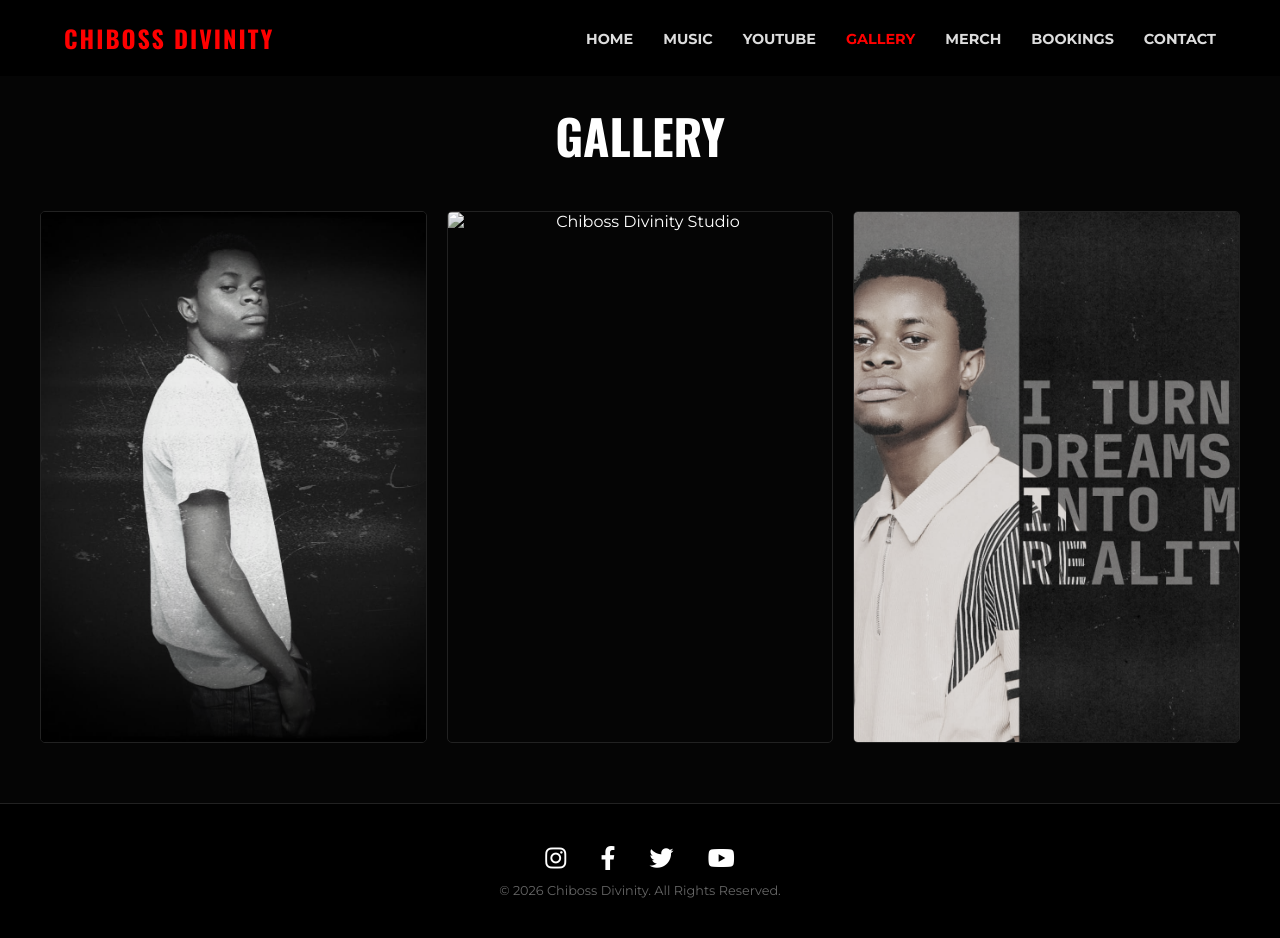
Repository: Ikebobo11/Chiboss-Divinity
Page: gallery.html
The author's editor kept a copy of each file at every save. The page is drawn from the files as they stood at one save, then again after a run of saves.
The browser window is 1280 px wide. The pictures show the whole page.

Above is the page before, as saved 2026-01-10 09:16:49.

After the next 2 saves:
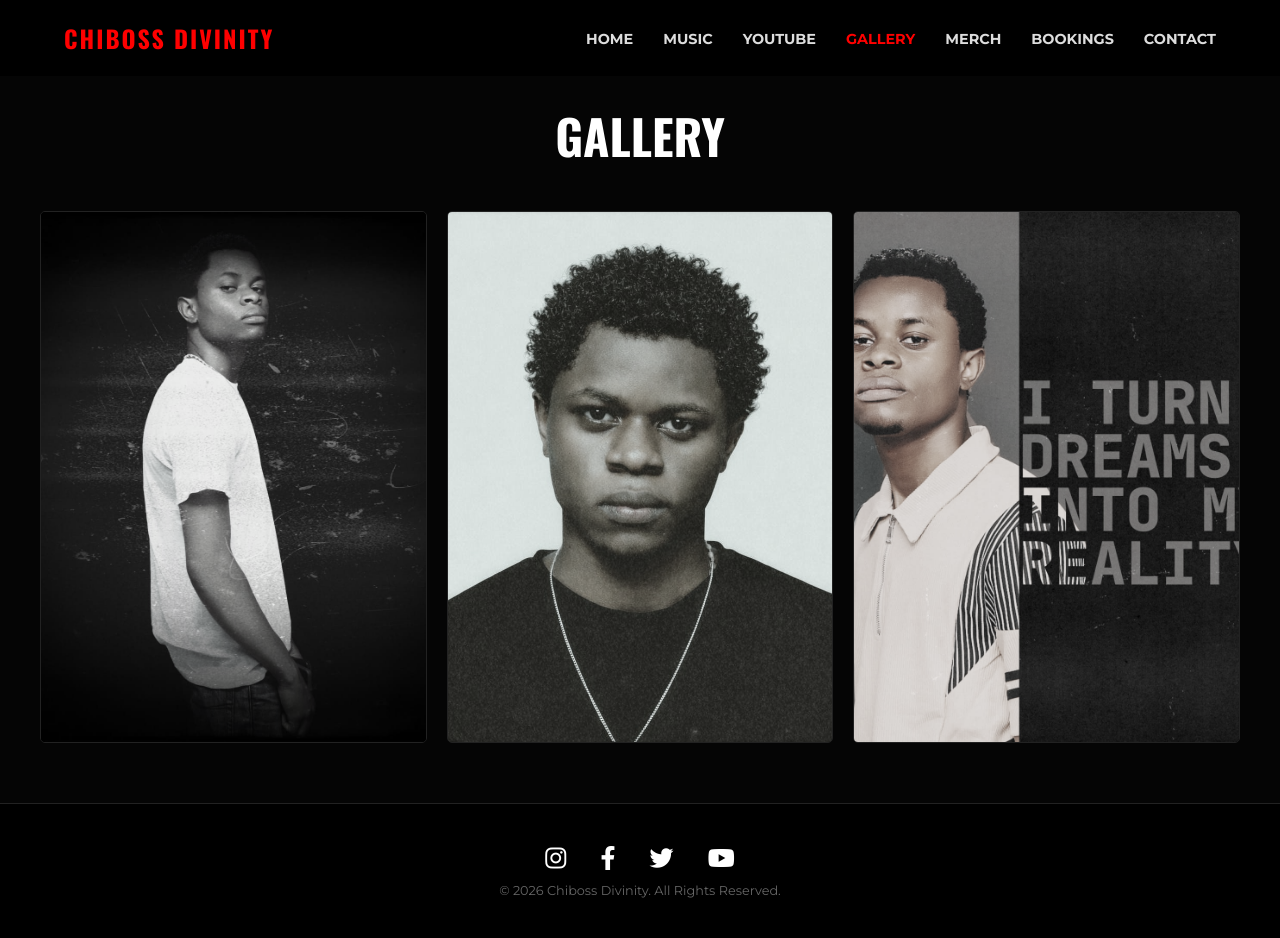
The 2 saves are shown as one change because they came seconds apart.
The last was saved 13 s later.
--- a/gallery.html
+++ b/gallery.html
@@ -45,7 +45,7 @@
                 <img src="./WhatsApp Image 2026-01-05 at 19.40.03.jpeg" alt="Chiboss Divinity Performance">
             </div>
             <div class="gallery-item">
-                <img src="./" alt="Chiboss Divinity Studio">
+                <img src="./images/curl chi.jfif" alt="Chiboss Divinity Studio">
             </div>
             <div class="gallery-item">
                 <img src="./WhatsApp Image 2026-01-05 at 19.40.03 (1).jpeg" alt="Chiboss Divinity Portrait">
